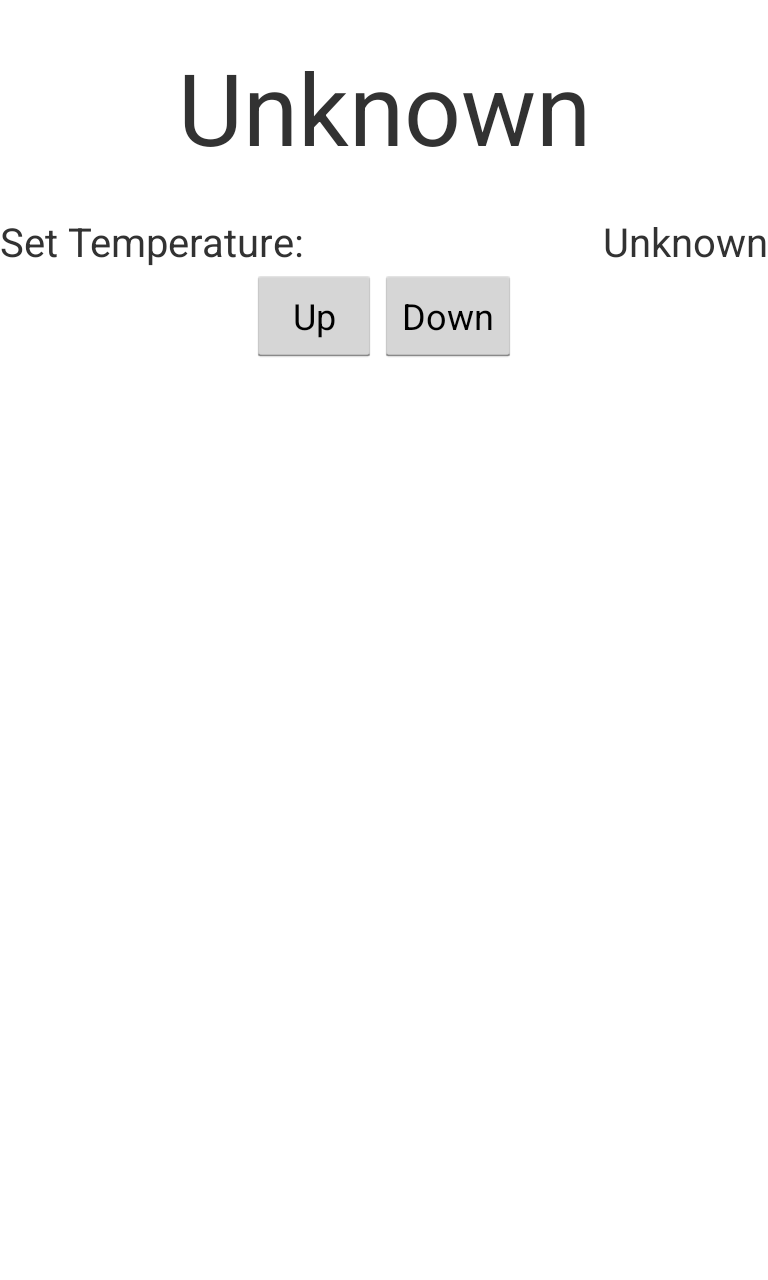
Repository: finerrecliner/SmartVent
Layout: SmartVent/res/layout/activity_room.xml
The author's editor kept a copy of each file at every save. The layout is drawn from the files as they stood at one save, then again after the next save.
It is drawn on a 768 x 1280 px phone screen (xhdpi) without system bars, with theme AppTheme; the app's code is not run.

Above is the layout before, as saved 2013-11-03 16:32:33.

### SmartVent/res/layout/activity_room.xml
<LinearLayout xmlns:android="http://schemas.android.com/apk/res/android"
    xmlns:tools="http://schemas.android.com/tools"
    android:layout_width="match_parent"
    android:layout_height="match_parent"
    android:gravity="fill_vertical"
    android:orientation="vertical"
    tools:context=".RoomActivity" >

    <LinearLayout
        android:id="@+id/current_temp_row"
        android:layout_width="match_parent"
        android:layout_height="wrap_content" >

        <TextView
            android:id="@+id/current_temp_val"
            android:layout_width="fill_parent"
            android:layout_height="wrap_content"
            android:gravity="center"
            android:textSize="50sp"
            android:paddingTop="20dp"
            android:paddingBottom="20dp"
            android:text="@string/unknown" />

    </LinearLayout>

  <LinearLayout
        android:id="@+id/set_temp_row"
        android:layout_width="match_parent"
        android:layout_height="wrap_content" >

        <TextView
            android:id="@+id/set_temp_label"
            android:layout_width="wrap_content"
            android:layout_height="wrap_content"
            android:textSize="20sp"
            android:text="@string/set_temperature" />

        <TextView
            android:id="@+id/set_temp_val"
            android:layout_width="fill_parent"
            android:layout_height="wrap_content"
            android:gravity="right"
            android:textSize="20sp"
            android:text="@string/unknown" />
    </LinearLayout>

    <LinearLayout
        android:id="@+id/set_temp_buttons"
        android:layout_width="match_parent"
        android:layout_height="wrap_content"
        android:gravity="center" >

        <Button
            android:id="@+id/set_temp_up"
            android:layout_width="wrap_content"
            android:layout_height="wrap_content"
            android:text="@string/up" />

        <Button
            android:id="@+id/set_temp_down"
            android:layout_width="wrap_content"
            android:layout_height="wrap_content"
            android:text="@string/down" />

  	</LinearLayout>

</LinearLayout>

### SmartVent/res/values/strings.xml
<?xml version="1.0" encoding="utf-8"?>
<resources>

    <string name="app_name">SmartVent</string>
    <string name="menu_settings">Settings</string>
    <string name="current_temp">Current Temp:</string>
    <string name="room_label">Room:</string>
    <string name="set_temperature">Set Temperature:</string>
    <string name="unknown">Unknown</string>
    <string name="up">Up</string>
    <string name="down">Down</string>
    <string name="room">room</string>
    <string name="home_blueprint">home blueprint</string>

</resources>

Loaded but not shown: SmartVent/res/values/styles.xml (common file); SmartVent/res/values-v11/styles.xml (common file); SmartVent/res/values-v14/styles.xml (common file)

After the next save:
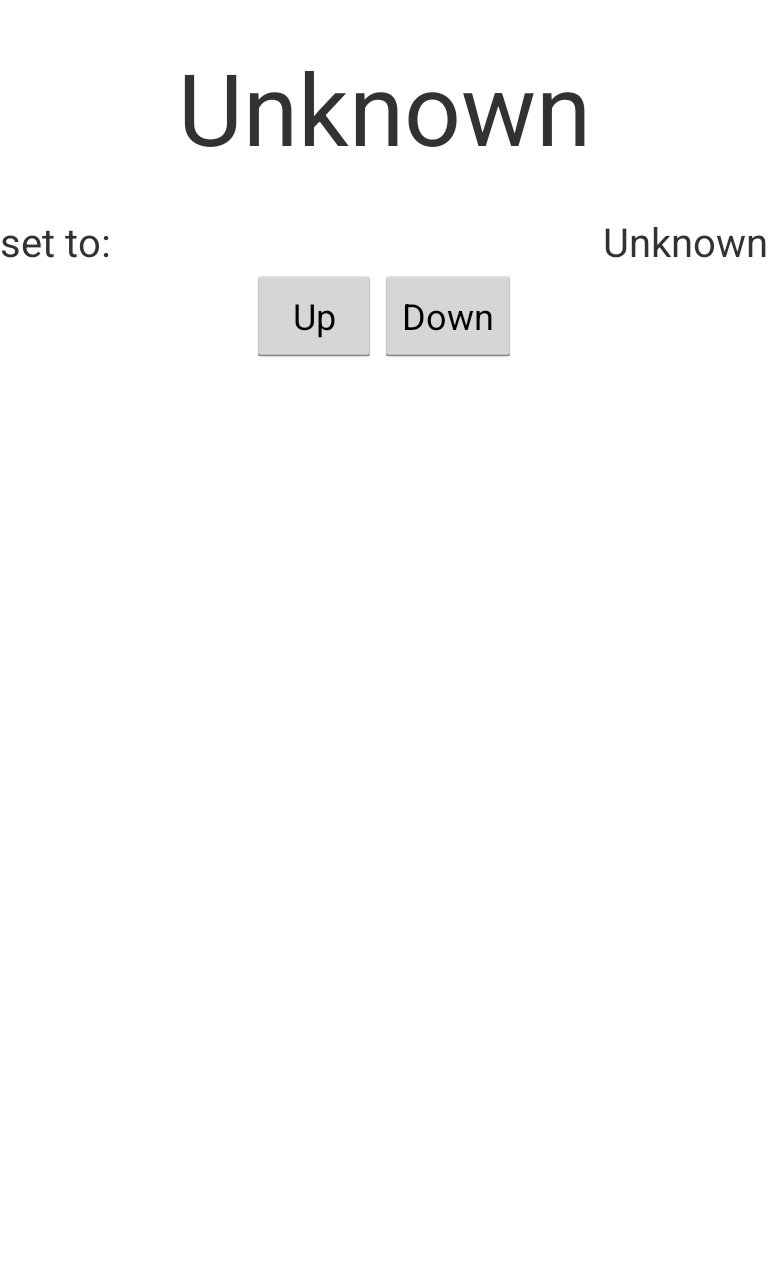
Saved 32 s later.
--- a/SmartVent/res/values/strings.xml
+++ b/SmartVent/res/values/strings.xml
@@ -5,7 +5,7 @@
     <string name="menu_settings">Settings</string>
     <string name="current_temp">Current Temp:</string>
     <string name="room_label">Room:</string>
-    <string name="set_temperature">Set Temperature:</string>
+    <string name="set_temperature">set to:</string>
     <string name="unknown">Unknown</string>
     <string name="up">Up</string>
     <string name="down">Down</string>
